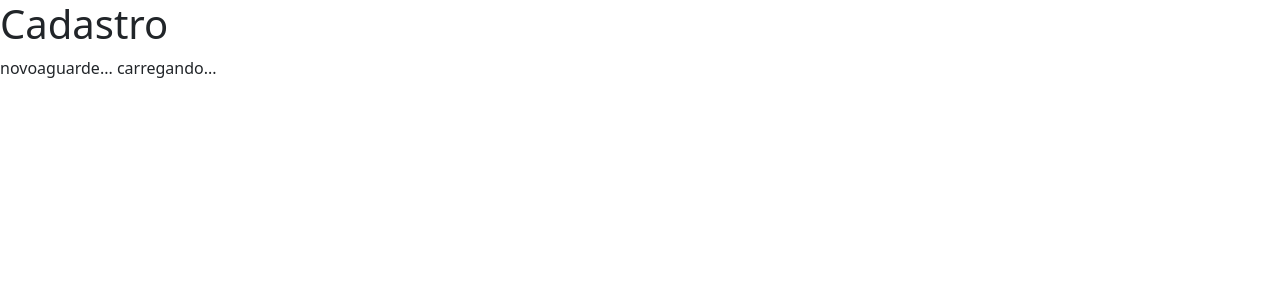
Repository: marcolino-t/Desenvolvimento_Web
Page: OlaMundo2/src/main/webapp/cadastroapi/pessoa.html
An editor plug-in stored every save of this project. The page is shown before and after the next save, followed by the edit.
The browser window is 1280 px wide. The pictures show the whole page.
The page's requests for data from a server got no answer.

Above is the page before, as saved 2024-11-19 22:51:51.

After the next save:
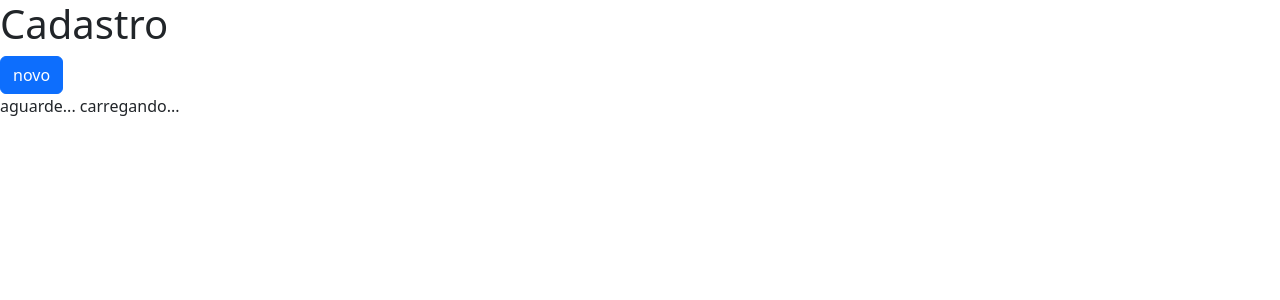
Saved 4 s later.
--- a/OlaMundo2/src/main/webapp/cadastroapi/pessoa.html
+++ b/OlaMundo2/src/main/webapp/cadastroapi/pessoa.html
@@ -8,7 +8,7 @@ rel="stylesheet" integrity="sha384-QWTKZyjpPEjISv5WaRU9OFeRpok6YctnYmDr5pNlyT2bR
 </head>
 <body>
 	<h1>Cadastro</h1>
-	<div class=input-group mb-3
+	<div class=input-group mb-3"></div>
 	<button type="button" class="btn btn-primary" onclick = "novo()">novo</button>
 	<div id="resposta"></div>
 
